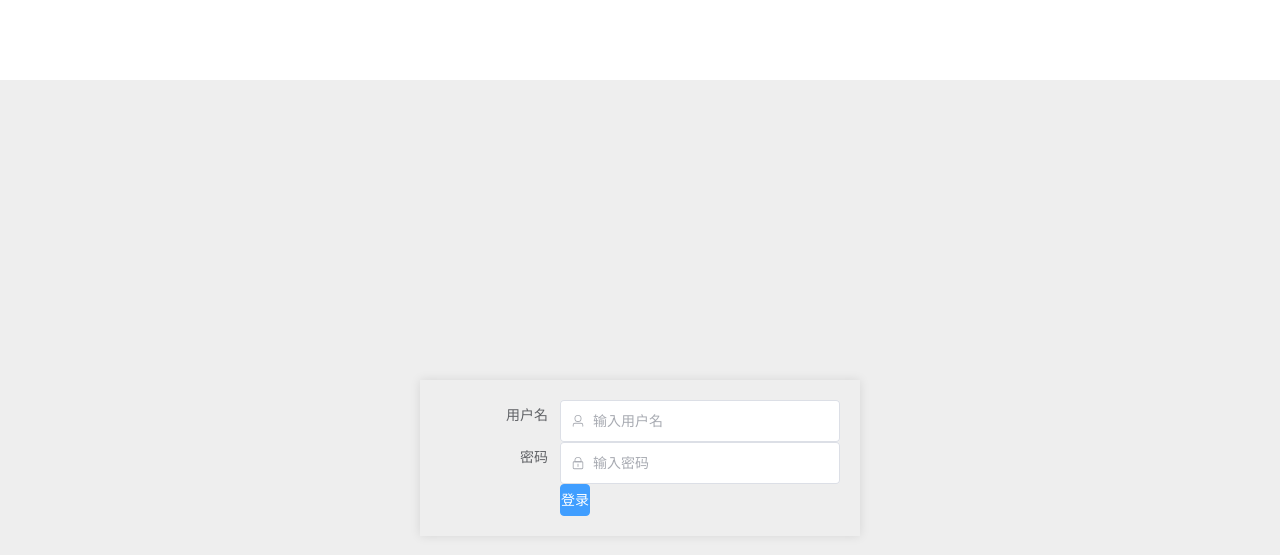
Repository: secret47/test-office-demo
Page: /
These files come from the project's save history. The page is drawn as it stood at one moment and after a run of saves; the edit follows.
The browser window is 1280 px wide. The pictures show the whole page.
The project was rebuilt for these pictures with package versions that can differ from the ones it lists, and the page was loaded fresh each time. Also part of the build but not shown: vite.config.js.

Above is the page before, as saved 2024-10-28 11:44:01.

After the next 2 saves:
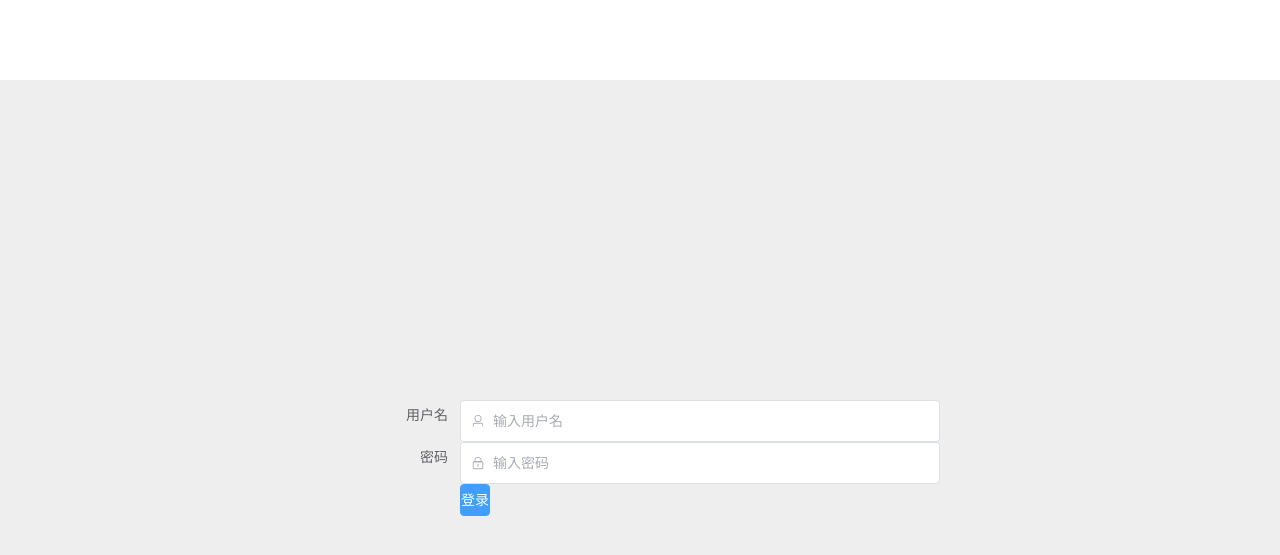
The 2 saves are shown as one change because they came seconds apart.
The last was saved 9 s later.
--- a/src/views/login.vue
+++ b/src/views/login.vue
@@ -35,16 +35,20 @@ const userInfo = reactive({
 }
 
 .loginBox {
-    width: 400px; /* 调整为更合理的宽度 */
+    width: 600px;
+    /* 调整为更合理的宽度 */
     margin: 300px auto 0;
     padding: 20px;
-    box-shadow: 0 0 10px rgba(0, 0, 0, 0.1); /* 添加一些阴影效果 */
+    /* 添加一些阴影效果 */
 }
 
 /* 使用 ::v-deep 来穿透 scoped 作用域 */
 .loginBox ::v-deep .el-input__inner {
-    height: 40px; /* 调整为更合理的高度 */
-    width: 100%; /* 宽度设置为100%，填满父容器 */
-    border-radius: 5px; /* 可选：添加圆角效果 */
+    height: 40px;
+    /* 调整为更合理的高度 */
+    width: 100%;
+    /* 宽度设置为100%，填满父容器 */
+    border-radius: 5px;
+    /* 可选：添加圆角效果 */
 }
 </style>
